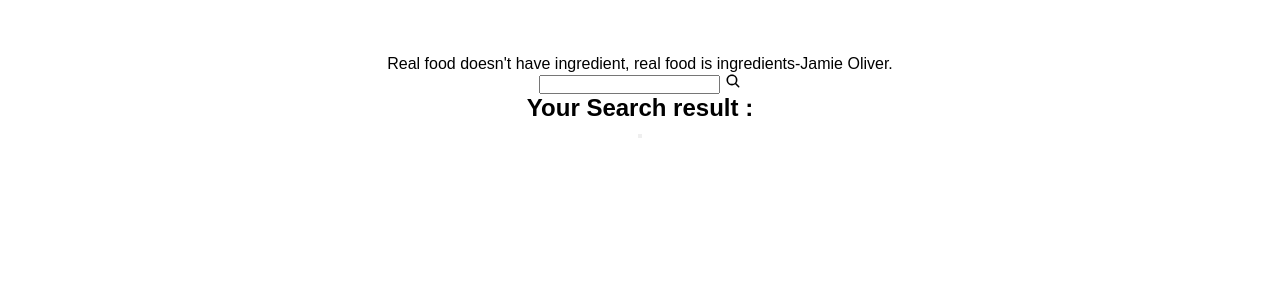
Repository: andrewhuynh561/javascipt
Page: Day 1/index.html
An editor plug-in stored every save of this project. The page is shown before and after the next save, followed by the edit.
The browser window is 1280 px wide. The pictures show the whole page.

Above is the page before, as saved 2023-05-17 21:43:41.

### Day 1/index.html
<!DOCTYPE html>
<html lang="en">
<head>
    <meta charset="UTF-8">
    <meta http-equiv="X-UA-Compatible" content="IE=edge">
    <meta name="viewport" content="width=device-width, initial-scale=1.0">
    <title>Find Meal For Your Ingredient</title>
    <link rel="stylesheet" href="style.css">
    <link rel="preconnect" href="https://fonts.googleapis.com">
    <link rel="preconnect" href="https://fonts.gstatic.com" crossorigin>
    <script type="module" src="https://unpkg.com/ionicons@7.1.0/dist/ionicons/ionicons.esm.js"></script>
    <script nomodule src="https://unpkg.com/ionicons@7.1.0/dist/ionicons/ionicons.js"></script>
    <link href="https://fonts.googleapis.com/css2?family=Rubik:ital,wght@0,300;0,500;0,600;1,300&display=swap" rel="stylesheet">
</head>
<body>
    <div class="container">
        <div class="meal-wrapper">
            <p>Real food doesn't have ingredient, real food is ingredients-Jamie Oliver.</p>
            <div class="search-bar">
                <input type="search" class="search">
                <ion-icon name="search"></ion-icon>
            </div>
        </div>
        <div class="meal-result">
            <h2 class="title">Your Search result :</h2>
            <div class="meal" id="meal">
                <!-- meal item -->
          <!-- <div class = "meal-item">
            <div class = "meal-img">
              <img src = "food.jpg" alt = "food">
            </div>
            <div class = "meal-name">
              <h3>Potato Chips</h3>
              <a href = "#" class = "recipe-btn">Get Recipe</a>
            </div>
          </div> -->
          <!-- end of meal item -->
            </div>
            <div class="meal-detail" id="meal-detail">
                <button class="btn ">

                </button>

                <div class="meal-content">
                    <!-- <h2 class = "recipe-title">Meals Name Here</h2>
          <p class = "recipe-category">Category Name</p>
          <div class = "recipe-instruct">
            <h3>Instructions:</h3>
            <p>Lorem ipsum, dolor sit amet consectetur adipisicing elit. Quo blanditiis quis accusantium natus! Porro, reiciendis maiores molestiae distinctio veniam ratione ex provident ipsa, soluta suscipit quam eos velit autem iste!</p>
            <p>Lorem ipsum dolor sit amet consectetur adipisicing elit. Amet aliquam voluptatibus ad obcaecati magnam, esse numquam nisi ut adipisci in?</p>
          </div>
          <div class = "recipe-meal-img">
            <img src = "food.jpg" alt = "">
          </div>
          <div class = "recipe-link">
            <a href = "#" target = "_blank">Watch Video</a>
          </div> -->
                </div>
            </div>
        </div>
    </div>

<script src="app.js"></script>
</body>
</html>

### Day 1/style.css
*{
    margin: 0;
    padding: 0;
    box-sizing: border-box;
}
body {
    font-family: "Poppins", sans-serif;
    padding: 20px;
  }
:root{
    --tenne-tawny: #d65108;
    --tenne-tawny-dark: #b54507;
}
.container{
    max-width: 1200px;
    margin: 0 auto;
    text-align: center;
    padding-top: 35px;


}

Loaded but not shown: Day 1/app.js (no copy from this time; the picture is the same without it)

After the next save:
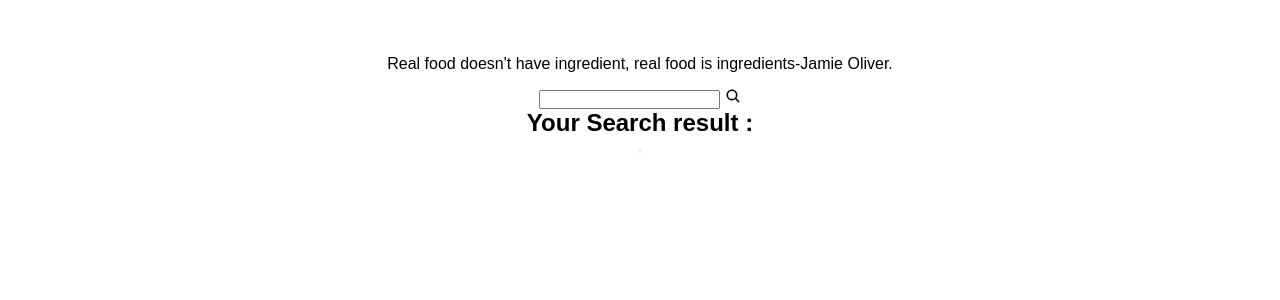
Saved 24 s later.
--- a/Day 1/style.css
+++ b/Day 1/style.css
@@ -17,5 +17,7 @@ body {
     text-align: center;
     padding-top: 35px;
 
-
 }
+p{
+    padding-bottom: 15px;
+}
